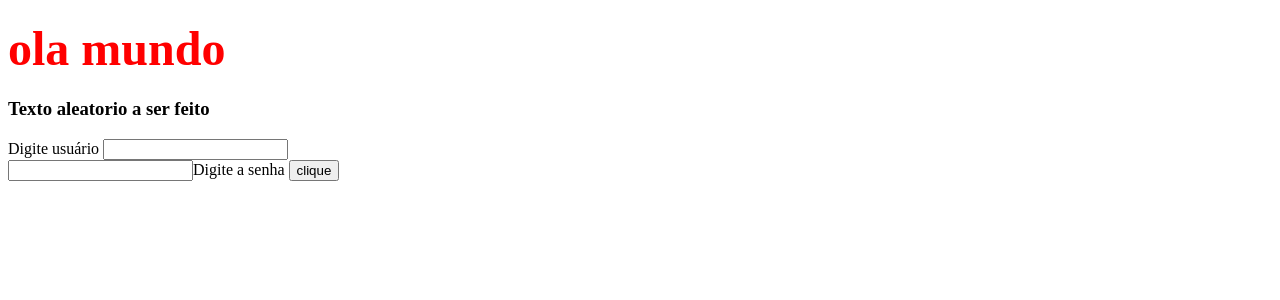
Repository: waanvieira/f21-jdbc-f21-jdbc-exer
Page: curso_java_web1/src/main/webapp/index.html
The author's editor kept a copy of each file at every save. The page is drawn from the files as they stood at one save, then again after the next save.
The browser window is 1280 px wide. The pictures show the whole page.

Above is the page before, as saved 2019-02-18 04:00:15.

After the next save:
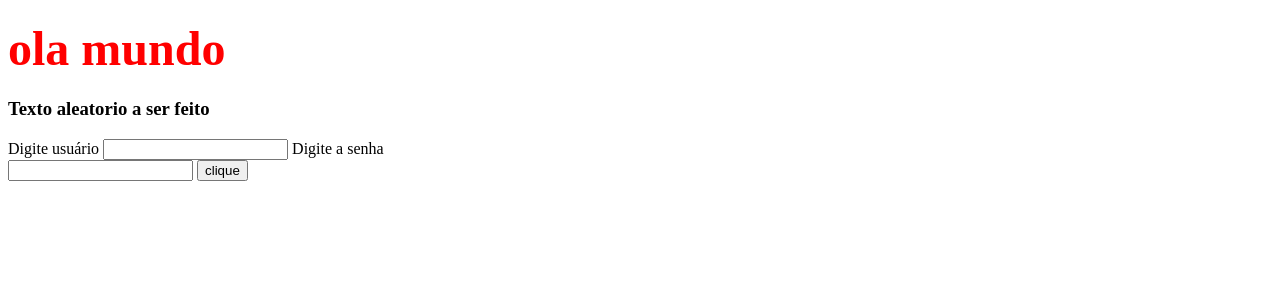
Saved 12 s later.
--- a/curso_java_web1/src/main/webapp/index.html
+++ b/curso_java_web1/src/main/webapp/index.html
@@ -10,7 +10,8 @@
 <form method="post" action="html2.html">
 <label>Digite usuário</label>
 <input type="text" name=variavel id=variavel>
-<br><input type="password" name=senha id=senha>Digite a senha
+<label>Digite a senha</label>
+<br><input type="password" name=senha id=senha>
 <input type="button" value=clique aqui>
 </form>
 </body>
